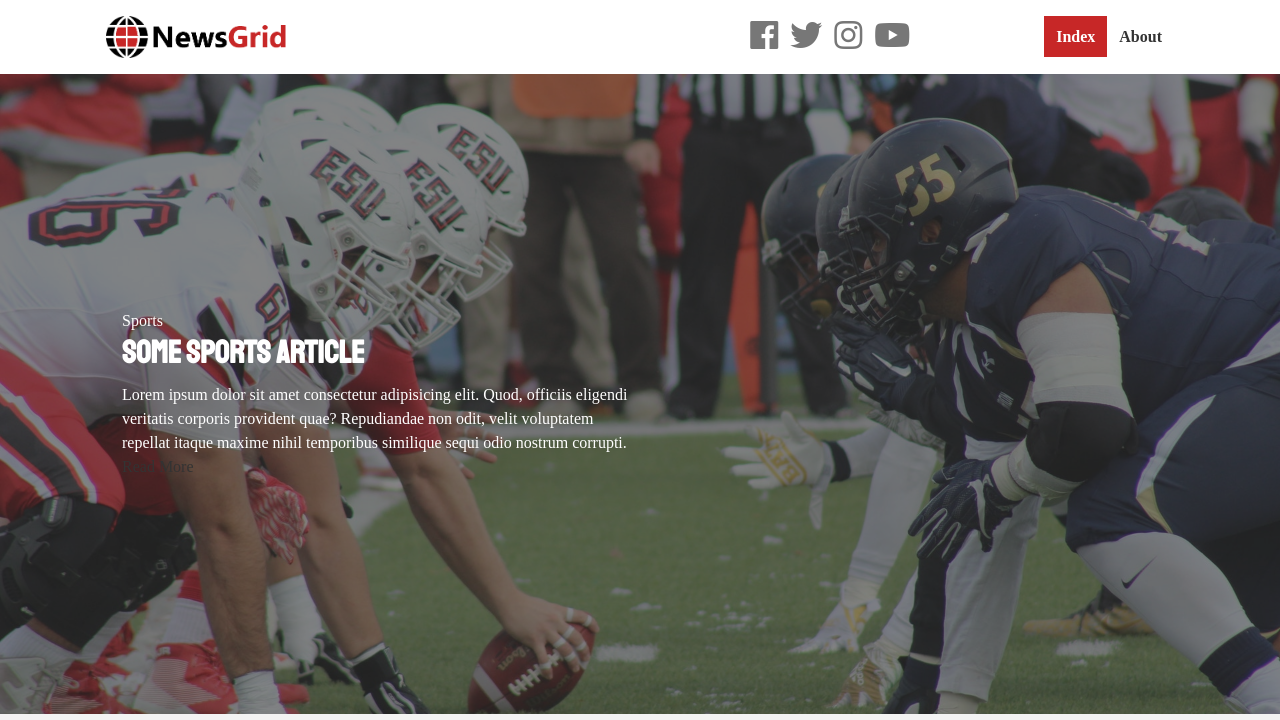
Repository: minhtien9/newsgrid
Page: index.html
An editor plug-in stored every save of this project. The page is shown before and after the next save, followed by the edit.
The browser window is 1280 px wide. The pictures show the whole page.
Some web libraries are served in a nearby version.

Above is the page before, as saved 2021-08-24 22:49:09.

### index.html
<!DOCTYPE html>
<html lang="en">

<head>
    <meta charset="UTF-8" />
    <meta name="viewport" content="width=device-width, initial-scale=1.0" />
    <meta http-equiv="X-UA-Compatible" content="ie=edge" />
    <link rel="stylesheet" href="https://use.fontawesome.com/releases/v5.6.3/css/all.css" integrity="sha384-UHRtZLI+pbxtHCWp1t77Bi1L4ZtiqrqD80Kn4Z8NTSRyMA2Fd33n5dQ8lWUE00s/" crossorigin="anonymous" />
    <link href="https://fonts.googleapis.com/css2?family=Lato&family=Staatliches&display=swap" rel="stylesheet" />
    <link rel="stylesheet" href="css/style.css" />
    <link rel="stylesheet" media="screen and (max-width: 768px)" href="css/mobile.css" />
    <link rel="shortcut icon" type="image/x-icon" href="favicon.ico" />
    <title>NewsGrid | Latest News</title>
</head>

<body>
    <nav id="main-nav">
        <div class="container">
            <img src="img/logo.png" alt="NewsGrid" class="logo" />
            <div class="social">
                <a href="http://facebook.com" target="_blank"><i class="fab fa-facebook fa-2x"></i
          ></a>
                <a href="http://twitter.com" target="_blank"><i class="fab fa-twitter fa-2x"></i
          ></a>
                <a href="http://instagram.com" target="_blank"><i class="fab fa-instagram fa-2x"></i
          ></a>
                <a href="http://youtube.com" target="_blank"><i class="fab fa-youtube fa-2x"></i
          ></a>
            </div>
            <ul>
                <li><a class="current" href="index.html">Index</a></li>
                <li><a href="about.html">About</a></li>
            </ul>
        </div>
    </nav>

    <!-- Showcase -->
    <header id="showcase">
        <div class="container">
            <div class="showcase-container">
                <div class="showcase-content">
                    <div class="categogy catogory-sports">Sports</div>
                    <h1>Some Sports Article</h1>
                    <p>
                        Lorem ipsum dolor sit amet consectetur adipisicing elit. Quod, officiis eligendi veritatis corporis provident quae? Repudiandae non odit, velit voluptatem repellat itaque maxime nihil temporibus similique sequi odio nostrum corrupti.
                    </p>
                    <a href="article.html" class="btn btn-primar">Read More</a>
                </div>
            </div>
        </div>
    </header>
</body>

</html>

### css/style.css
:root {
    --primary-color: #c72727;
    --secondary-color: #f99500;
    --light-color: #f3f3f3;
    --dark-color: #333;
    --max-width: 1100px;
}

.category {
    --sports-color: #f99500;
    --ent-color: #a66bbe;
    --tech-color: #009cff;
}

* {
    margin: 0;
    padding: 0;
    box-sizing: border-box;
}

body {
    font-family: 'Lato' sans-serif;
    line-height: 1.5;
    background: var(--light-color);
}

a {
    color: #333;
    text-decoration: none;
}

ul {
    list-style: none;
}

img {
    width: 100%;
}

h1,
h2,
h3,
h4,
h5,
h6 {
    font-family: 'Staatliches', cursive;
    margin-bottom: 0.55rem;
    line-height: 1.3;
}


/* Utility */

.container {
    max-width: var(--max-width);
    margin: auto;
    padding: 0 2rem;
    overflow: hidden;
}

.category {
    display: inline-block;
    color: #fff;
    font-size: 0.55rem;
    text-transform: uppercase;
    padding: 0.4rem 0.6rem;
    border-radius: 15px;
    margin-bottom: 0.5rem;
}

.category-sports {
    background: var(--sports-color);
}

.category-ent {
    background: var(--ent-color);
}

.category-tech {
    background: var(--tech-color);
}


/* Navigation */

#main-nav {
    background: #fff;
    position: sticky;
    top: 0;
    z-index: 2;
}

#main-nav .container {
    display: grid;
    grid-template-columns: 6fr 3fr 2fr;
    padding: 1rem;
    align-items: center;
}

#main-nav .logo {
    width: 180px;
}

#main-nav ul {
    justify-self: end;
    display: flex;
}

#main-nav ul li a {
    padding: 0.75rem;
    font-weight: bold;
}

#main-nav ul li a.current {
    background: var(--primary-color);
    color: #fff;
}

#main-nav ul li a:hover {
    background: var(--light-color);
    color: var(--dark-color);
}

#main-nav .social {
    justify-self: center;
}

#main-nav .social i {
    color: #777;
    margin-right: 0.5rem;
}


/* Showcase */

#showcase {
    color: #fff;
    background: #333;
    padding: 2rem;
    position: relative;
}

#showcase:before {
    content: '';
    background: url('../img/featured.jpg') no-repeat center center/cover;
    position: absolute;
    top: 0;
    left: 0;
    width: 100%;
    height: 100%;
    opacity: 0.4;
}

#showcase .showcase-container {
    display: grid;
    grid-template-columns: repeat(2, 1fr);
    justify-content: center;
    align-items: center;
    height: 80vh;
}

#showcase .showcase-content {
    z-index: 1;
}

Loaded but not shown: css/mobile.css (no stored copy; drawn as an empty file)

After the next save:
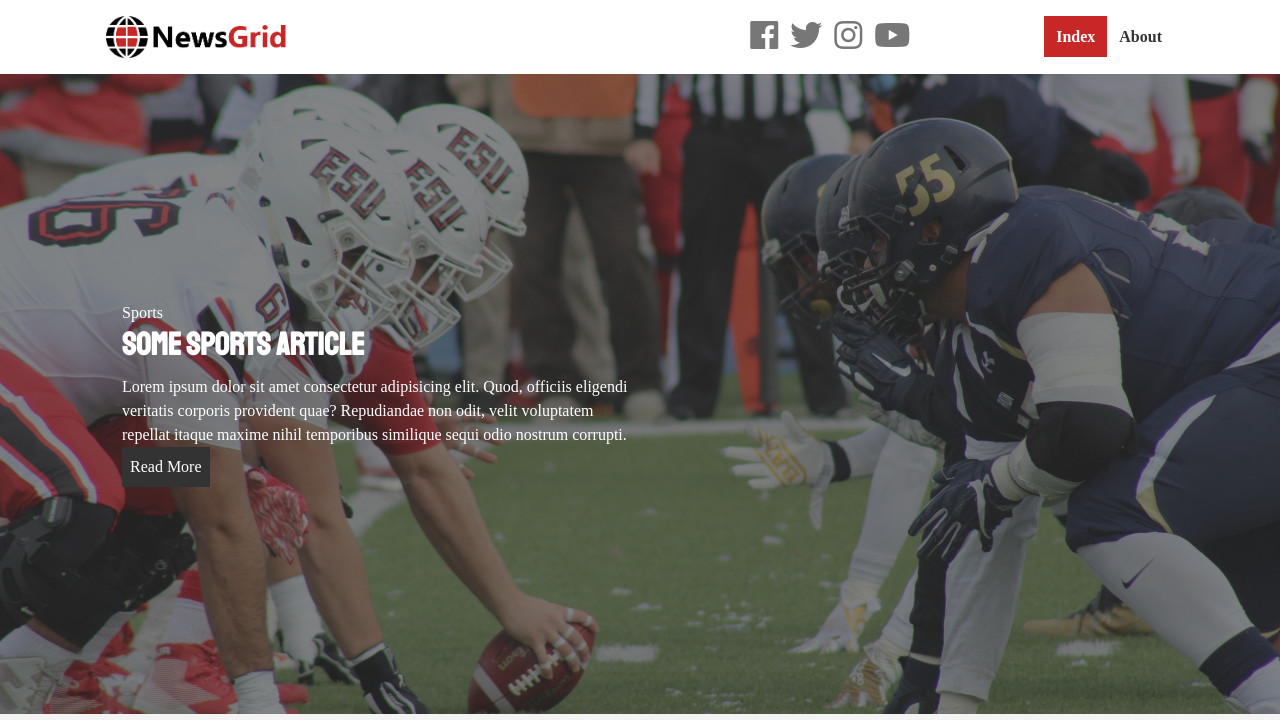
Saved 21 h 58 min later.
--- a/css/style.css
+++ b/css/style.css
@@ -78,6 +78,14 @@ h6 {
 
 .category-tech {
     background: var(--tech-color);
+}
+
+.btn {
+    display: inline-block;
+    border: none;
+    background: var(--dark-color);
+    color: #fff;
+    padding: 0.5rem;
 }
 
 
